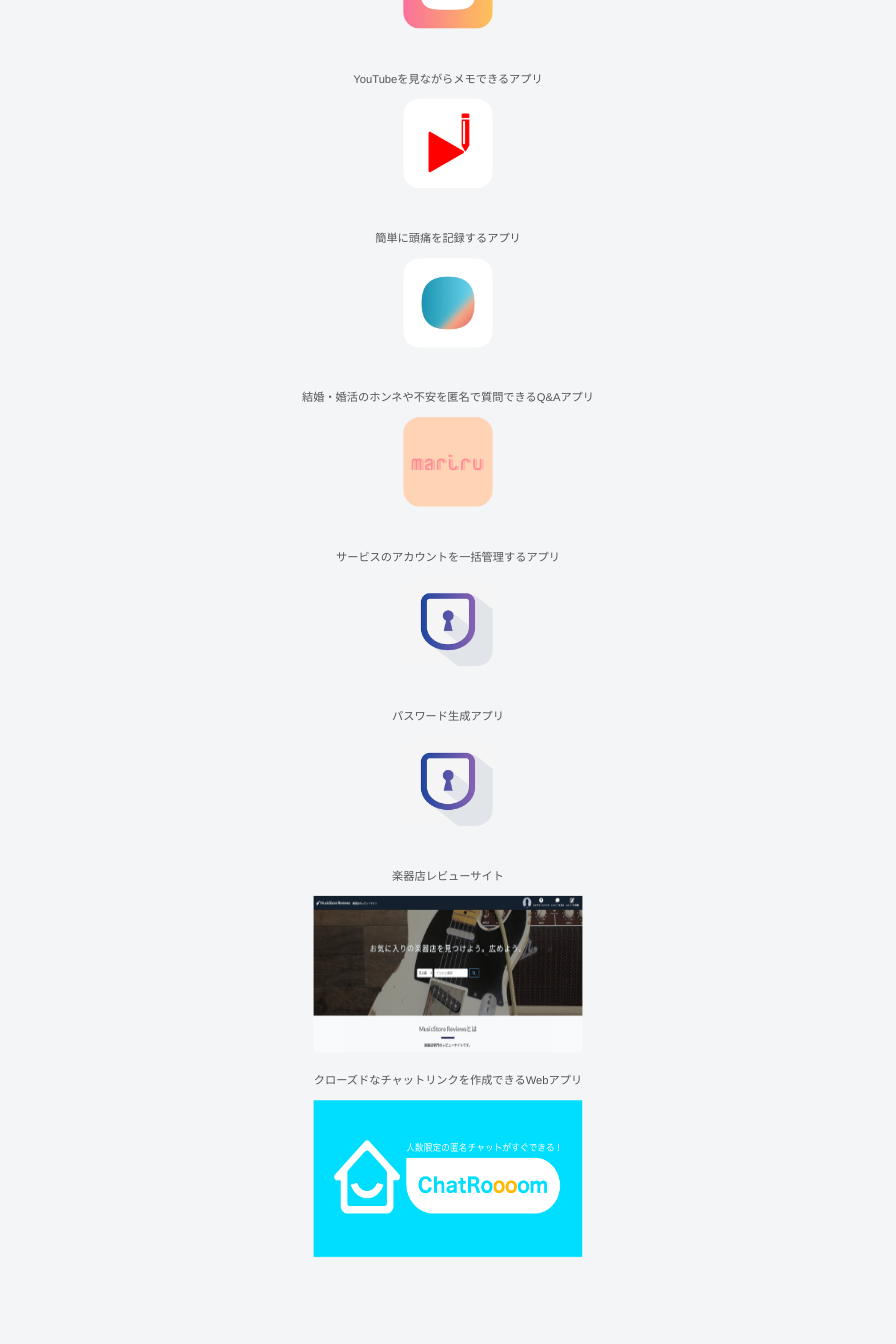
Repository: nosuke0926/my-portfolio
Page: /works
An editor plug-in stored every save of this project. The page is shown before and after the next save, followed by the edit.
The browser window is 1280 px wide. The pictures show the part of the page from y = 977 to 2897 px (the page is 2897 px tall), at 70% of full size.
The project was rebuilt for these pictures with package versions that can differ from the ones it lists, and the page was loaded fresh each time. The framework's server and built-in components were replaced by stand-ins that run in the browser. Also part of the build but not shown: next.config.js.

Above is the page before, as saved 2022-07-20 15:01:18.

After the next save:
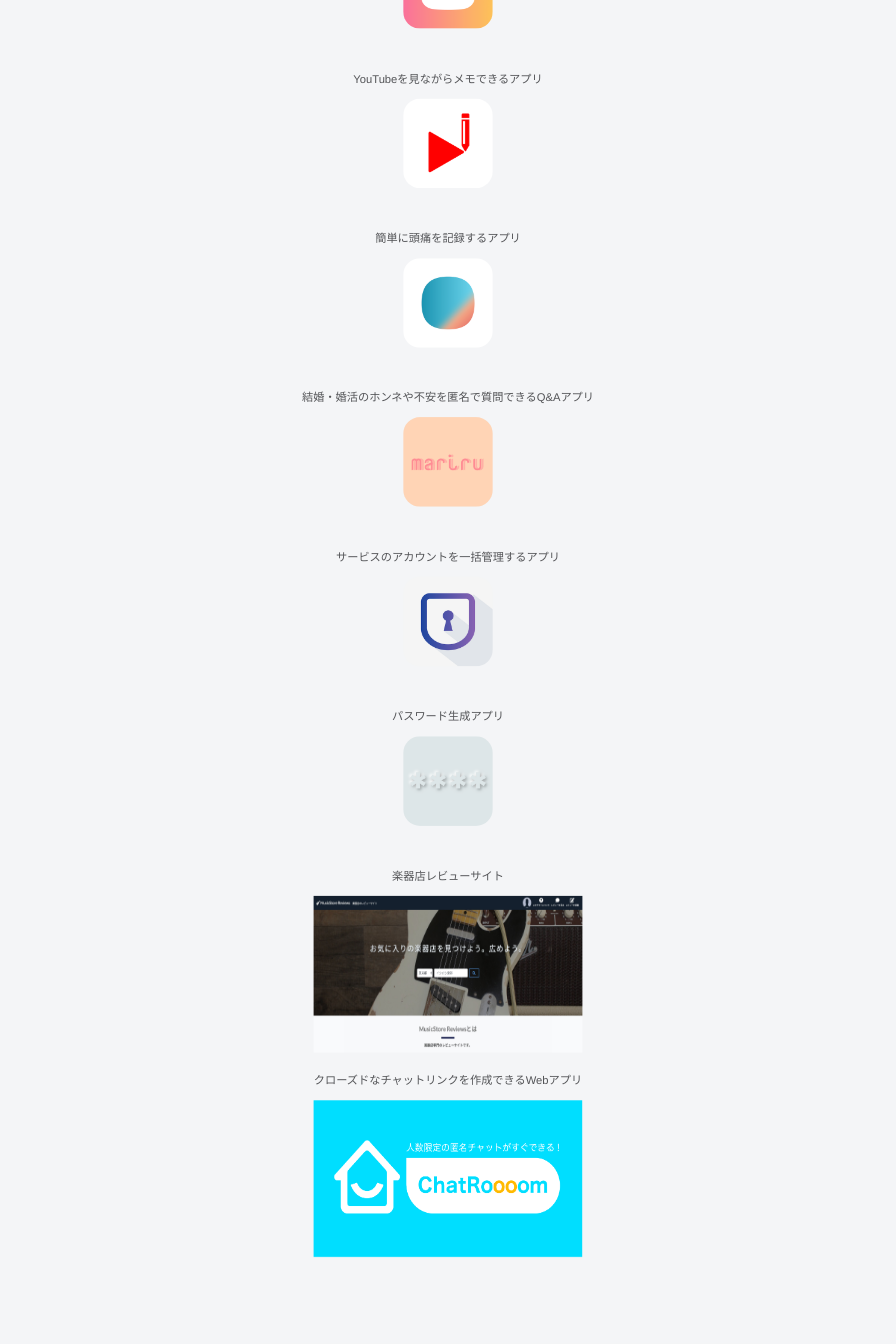
Saved 2 min 18 s later.
--- a/pages/works.tsx
+++ b/pages/works.tsx
@@ -117,7 +117,7 @@
         </p>
         <p>
           <TransitionsModal
-            src="/images/products/accounts.png"
+            src="/images/products/password_generator.png"
             alt="パスワード生成"
             description="パスワード生成アプリ"
             appTitle="パスワード生成"
